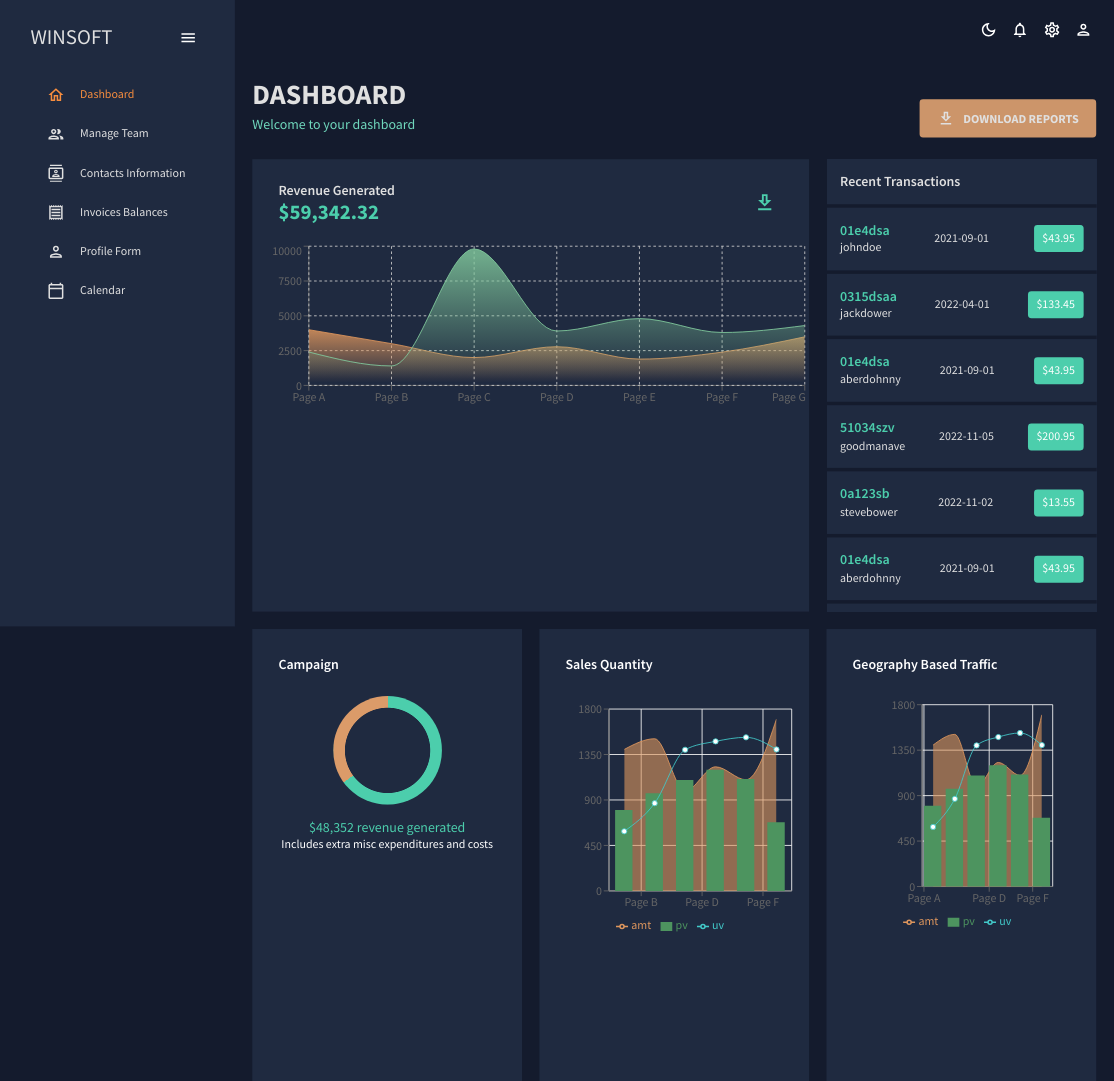
Repository: thamaraiselvan315731/winssoft
Page: /
The author's editor kept a copy of each file at every save. The page is drawn from the files as they stood at one save, then again after the next save.
The browser window is 1280 px wide. The pictures show the whole page, at 87% of full size.
The project was rebuilt for these pictures with package versions that can differ from the ones it lists, and the page was loaded fresh each time. Also part of the build but not shown: src/pages/team/index.jsx, src/pages/invoices/index.jsx, src/pages/contacts/index.jsx, src/pages/form/index.jsx, src/components/LineChart.jsx, src/data/mockGeoFeatures.js, src/components/GeographyChart.jsx, src/components/BarChart.jsx and 3 more.

Above is the page before, as saved 2022-12-01 12:14:16.

After the next save:
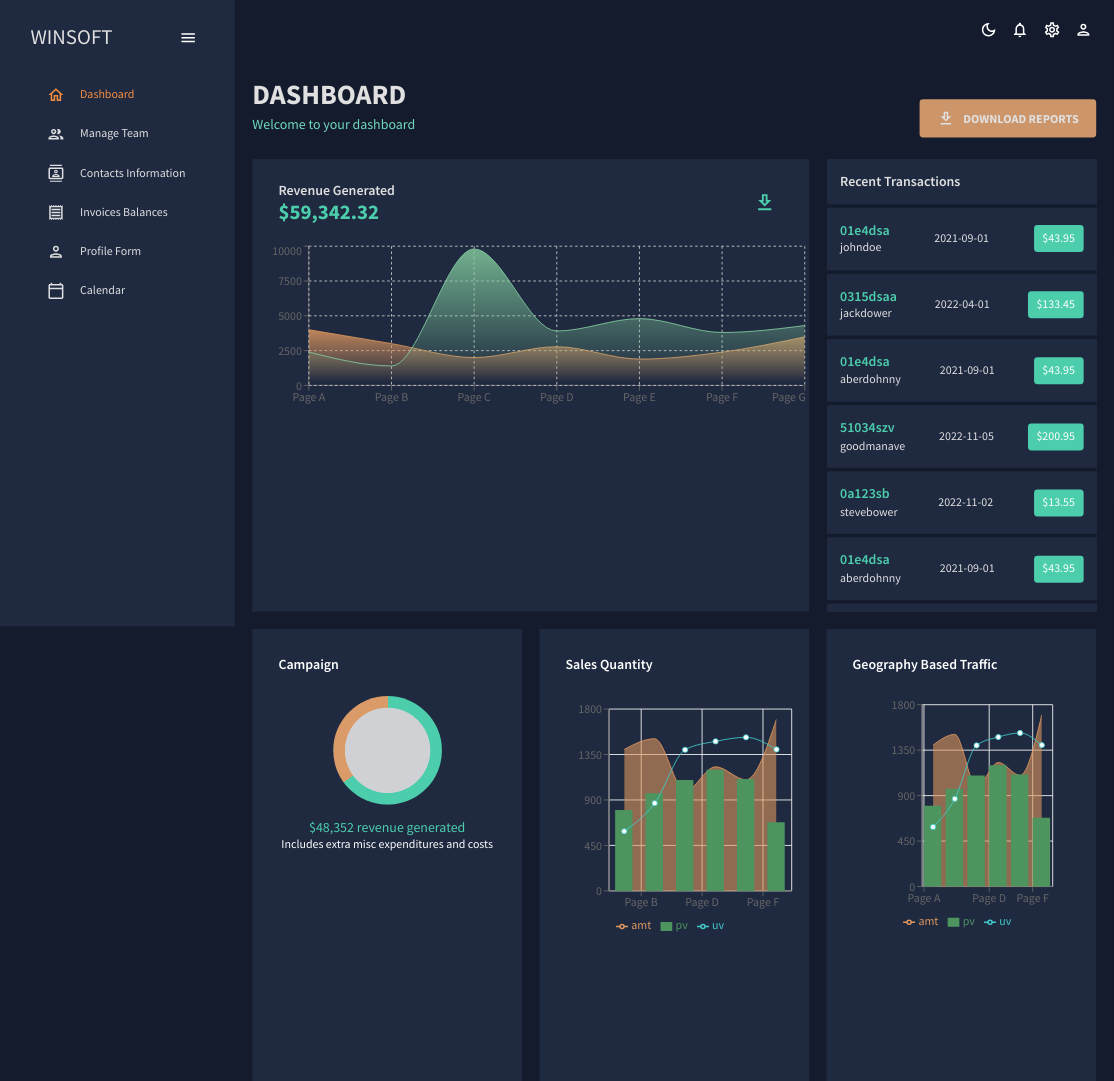
Saved 30 s later.
--- a/src/components/ProgressCircle.jsx
+++ b/src/components/ProgressCircle.jsx
@@ -8,7 +8,7 @@
   return (
     <Box
       sx={{
-        background: `radial-gradient(${colors.primary[400]} 55%, transparent 56%),
+        background: `radial-gradient(${colors.primary[100]} 55%, transparent 56%),
             conic-gradient(transparent 0deg ${angle}deg, ${colors.blueAccent[500]} ${angle}deg 360deg),
             ${colors.greenAccent[500]}`,
         borderRadius: "50%",

After the save that followed:
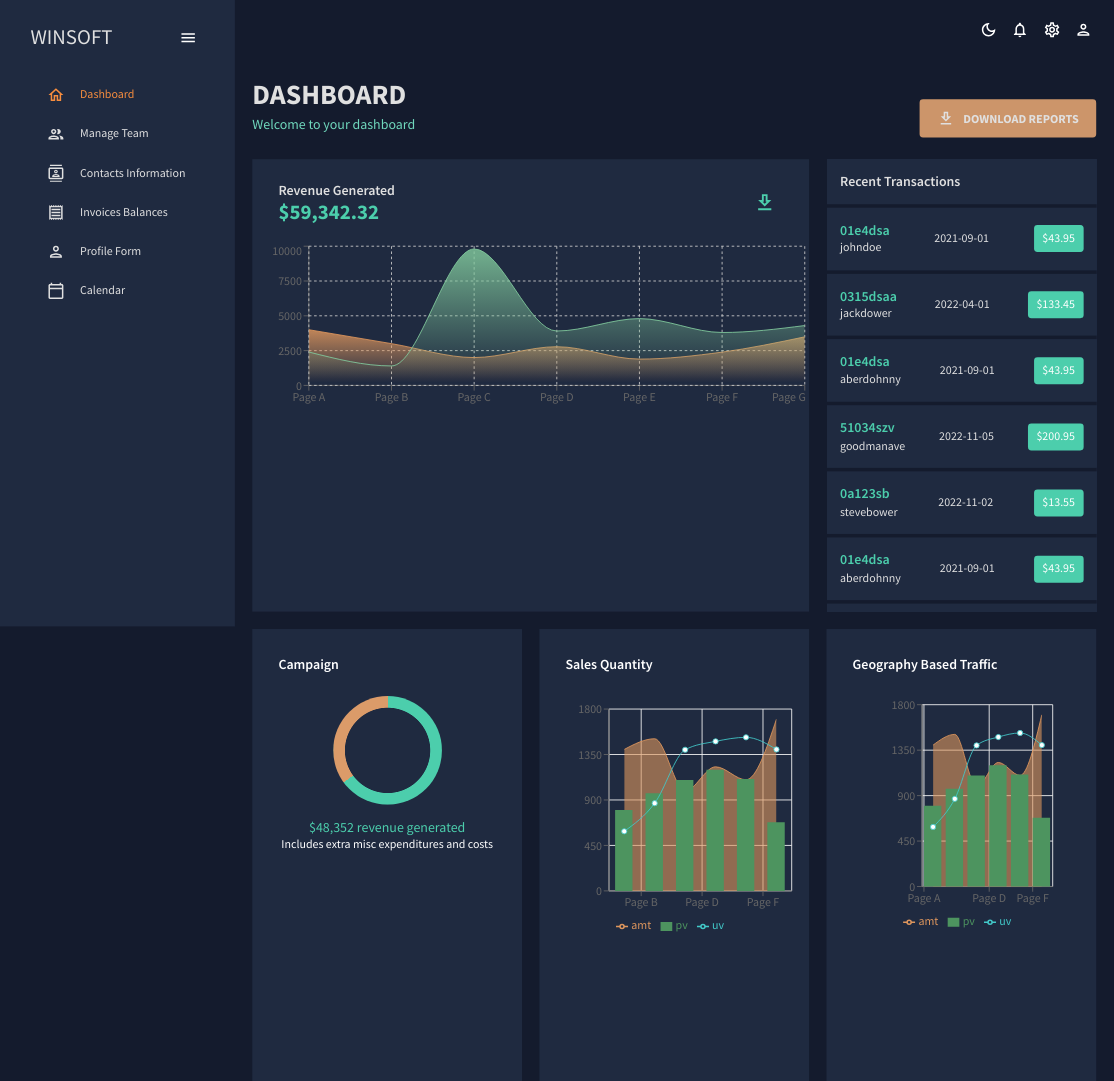
Saved 12 s later.
--- a/src/components/ProgressCircle.jsx
+++ b/src/components/ProgressCircle.jsx
@@ -8,7 +8,7 @@
   return (
     <Box
       sx={{
-        background: `radial-gradient(${colors.primary[100]} 55%, transparent 56%),
+        background: `radial-gradient(${colors.primary[400]} 55%, transparent 56%),
             conic-gradient(transparent 0deg ${angle}deg, ${colors.blueAccent[500]} ${angle}deg 360deg),
             ${colors.greenAccent[500]}`,
         borderRadius: "50%",
